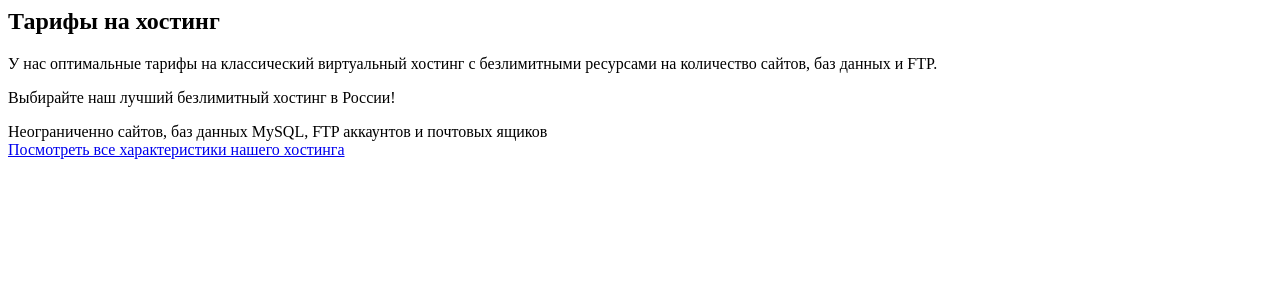
Repository: Inzhir2022/hosting
Page: src/_includes/_tariffs.html
These files come from the project's save history. The page is drawn as it stood at one moment and after the next save; the edit follows.
The browser window is 1280 px wide. The pictures show the whole page.

Above is the page before, as saved 2022-07-16 16:29:25.

### src/_includes/_tariffs.html
<section class="tariffs">
  <div class="container">
    <h2 class="tariffs__title">Тарифы на хостинг</h2>
    <div class="tariffs__text">
      <p>У нас оптимальные тарифы на классический виртуальный хостинг с безлимитными ресурсами на количество сайтов, баз данных и FTP.</p>
      <p>Выбирайте наш лучший <span class="tariffs__text_bold"> безлимитный</span> хостинг в России!</p>
    </div>
    <div class="tariffs__cards cards-block">
      <div class="cards-block__descr">Неограниченно сайтов, баз данных MySQL, FTP аккаунтов и почтовых ящиков</div>
    </div>
    <div class="tariffs__link-more">
      <a href="#">Посмотреть все характеристики нашего хостинга</a>
    </div>
  </div>
</section>

After the next save:
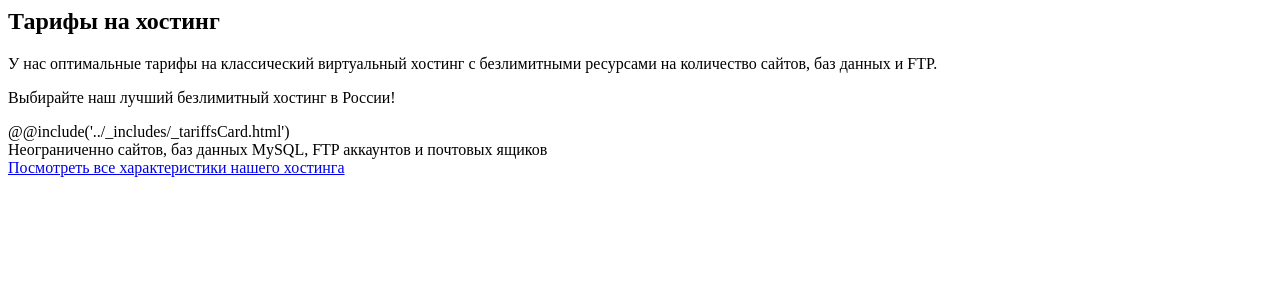
Saved 45 s later.
--- a/src/_includes/_tariffs.html
+++ b/src/_includes/_tariffs.html
@@ -6,6 +6,7 @@
       <p>Выбирайте наш лучший <span class="tariffs__text_bold"> безлимитный</span> хостинг в России!</p>
     </div>
     <div class="tariffs__cards cards-block">
+      @@include('../_includes/_tariffsCard.html')
       <div class="cards-block__descr">Неограниченно сайтов, баз данных MySQL, FTP аккаунтов и почтовых ящиков</div>
     </div>
     <div class="tariffs__link-more">
